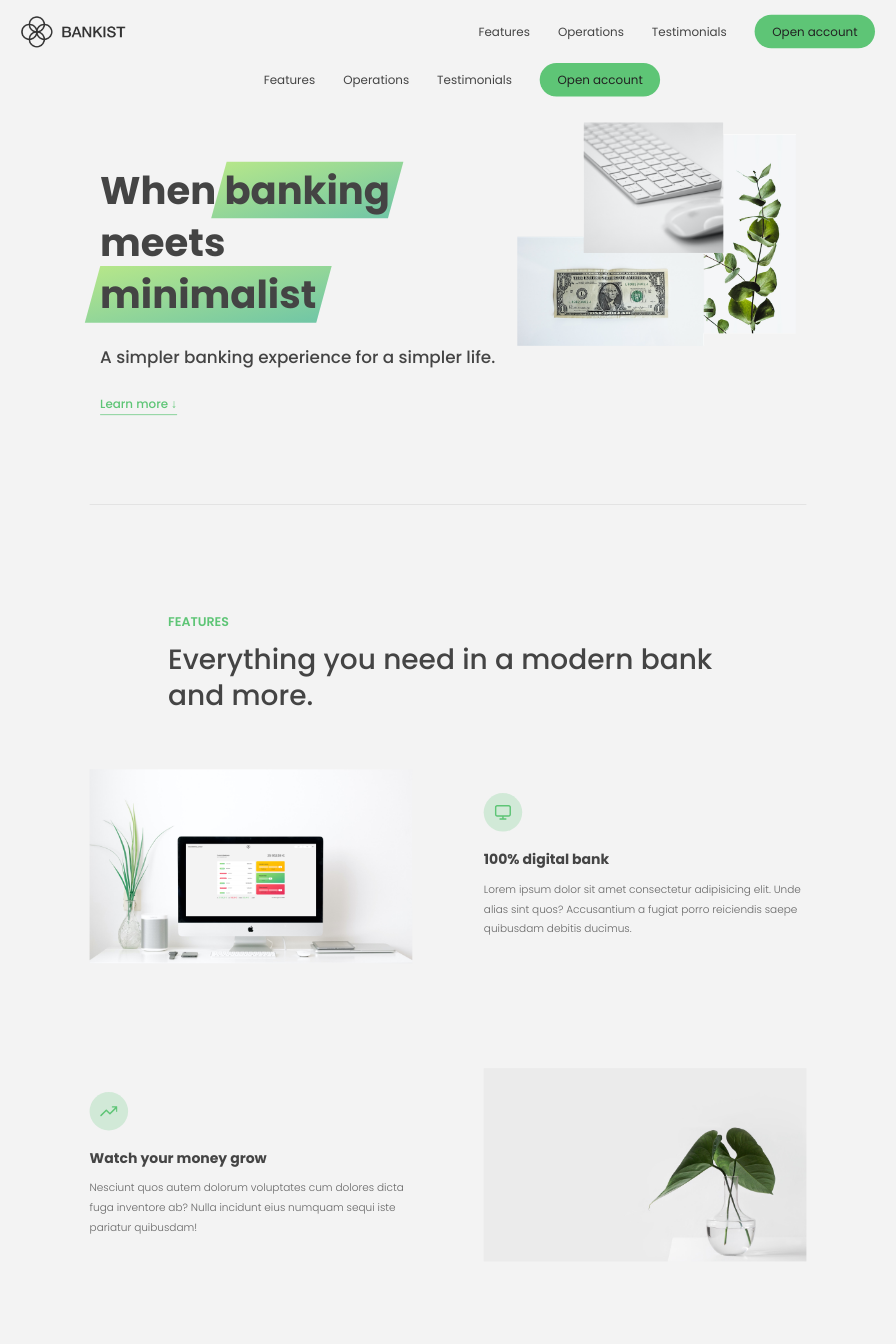
Repository: nptg3105/Bankist
Page: index.html
The author's editor kept a copy of each file at every save. The page is drawn from the files as they stood at one save, then again after the next save.
The browser window is 1280 px wide. The pictures show the part of the page from y = 0 to 1920 px (the page is 5090 px tall), at 70% of full size.
Some web libraries are served in a nearby version.

Above is the page before, as saved 2022-06-02 16:21:27.

After the next save:
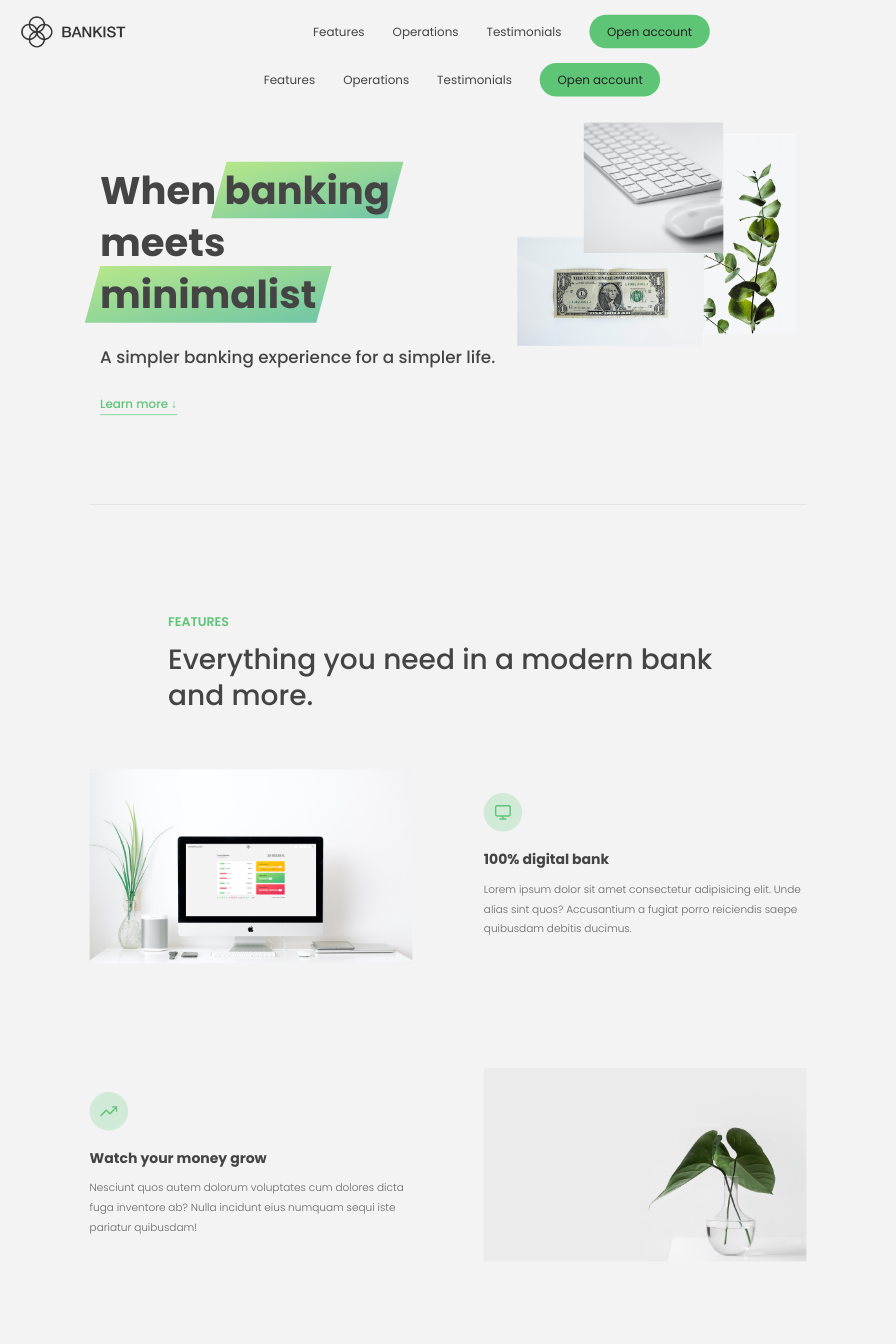
Saved 42 s later.
--- a/index.html
+++ b/index.html
@@ -45,6 +45,8 @@
             >
           </li>
         </ul>
+
+        <i class="fa-light fa-bars"></i>
       </nav>
       <nav class="nav__mobile">
         <ul class="nav__links">
